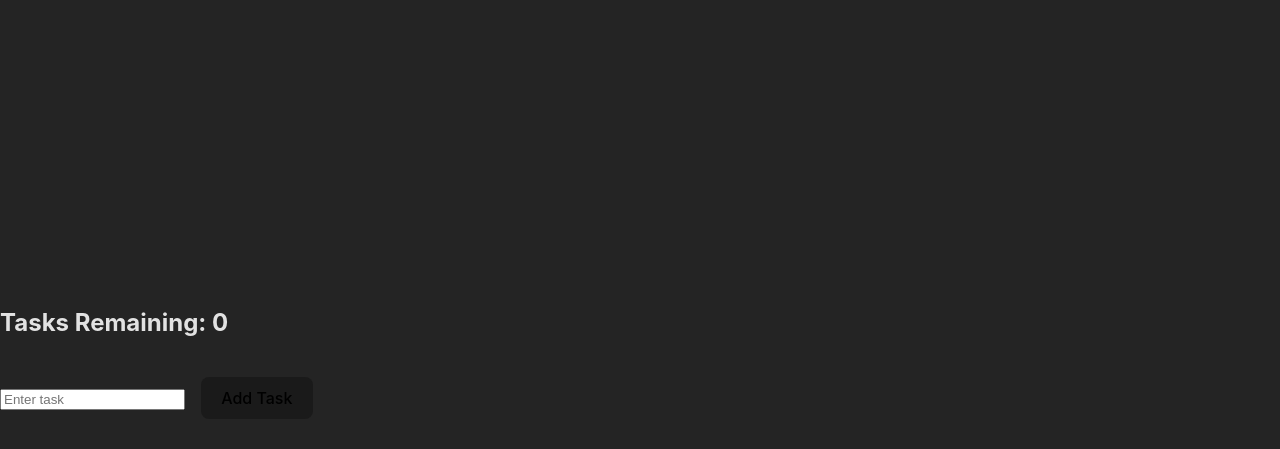
Repository: MelissaJacobi/frontend-assignment-4
Page: /
An editor plug-in stored every save of this project. The page is shown before and after the next save, followed by the edit.
The browser window is 1280 px wide. The pictures show the whole page.
The project was rebuilt for these pictures with package versions that can differ from the ones it lists, and the page was loaded fresh each time. Also part of the build but not shown: vite.config.js.

Above is the page before, as saved 2024-10-12 21:41:27.

After the next save:
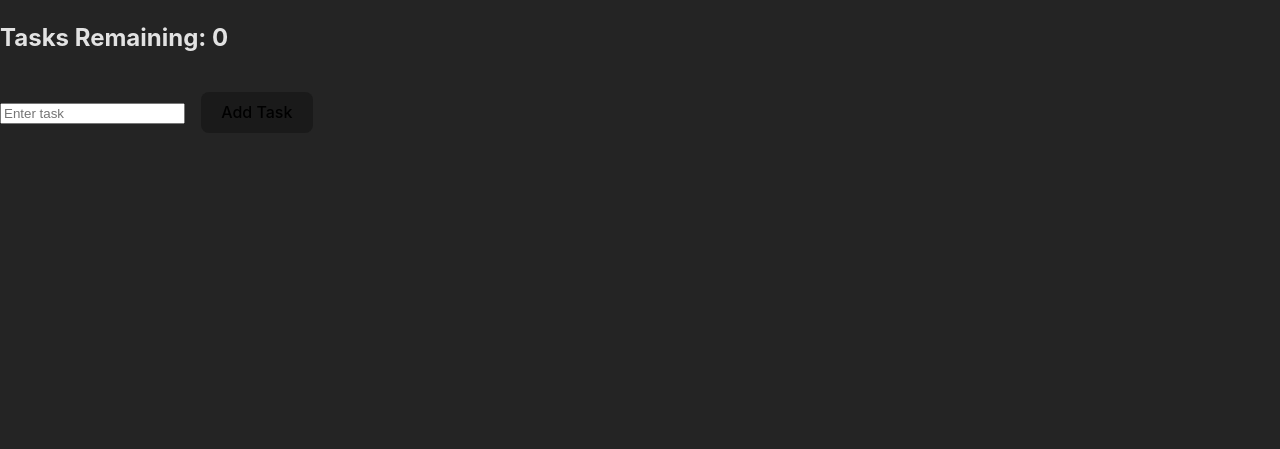
Saved 45 s later.
--- a/src/index.css
+++ b/src/index.css
@@ -11,9 +11,7 @@
 body {
   margin: 0;
   display: flex;
-  place-items: center;
-  min-width: 320px;
-  min-height: 100vh;
+  width: 100%;
 }
 
 h1 {
